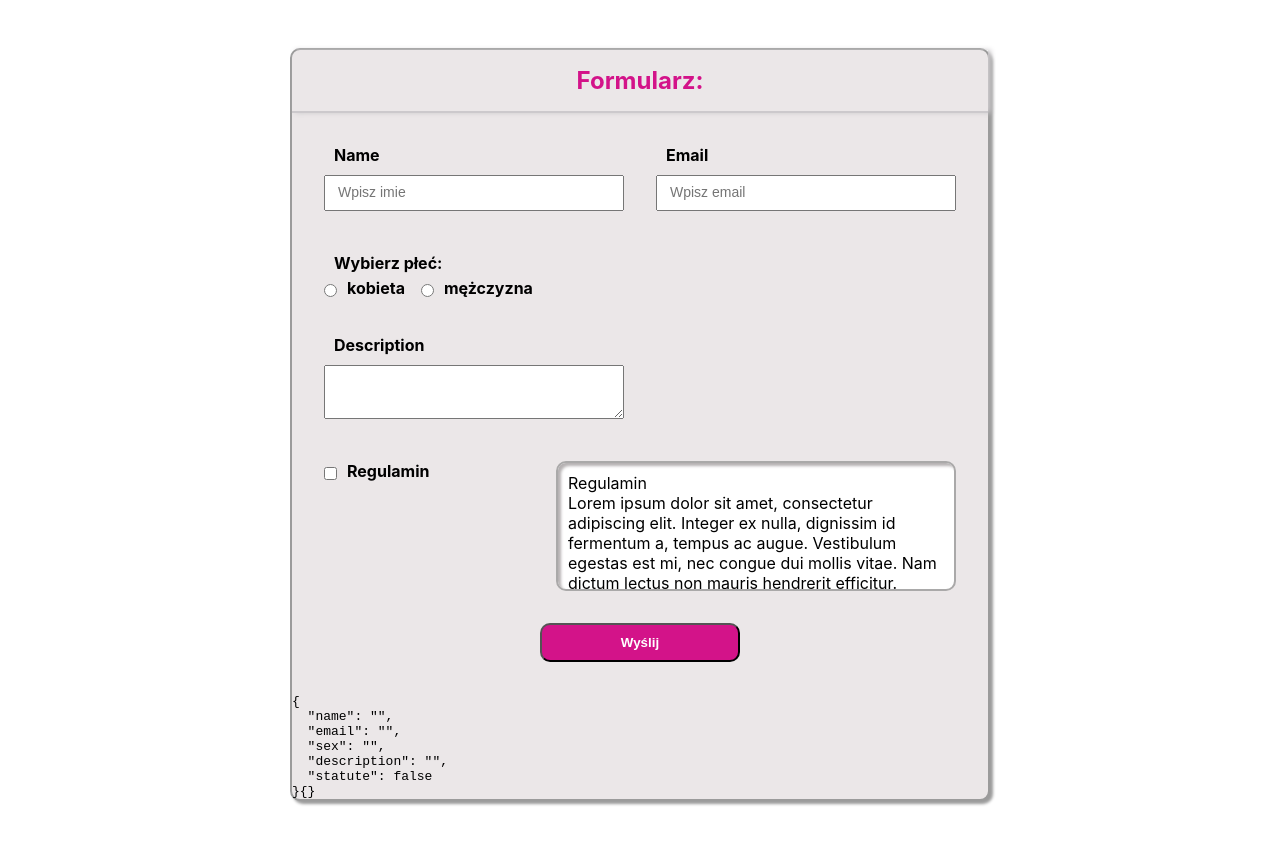
Repository: KrzysKolo/sr_tydzien4_zad3
Page: /
The author's editor kept a copy of each file at every save. The page is drawn from the files as they stood at one save, then again after the next save.
The browser window is 1280 px wide. The pictures show the whole page.
The project was rebuilt for these pictures with package versions that can differ from the ones it lists, and the page was loaded fresh each time. Also part of the build but not shown: src/components/FormComponents/TextError.js.

Above is the page before, as saved 2020-11-19 14:31:05.

### src/App.js
import React from 'react';
import './App.css';
import FormikContainer from './components/Formik/FormikContainer';
import Header from './components/Header';
const App = () => {
  return (
    <main className="App">
      <Header />
      <FormikContainer />
    </main>
   );
}

export default App;

### src/App.css
* {
  margin: 0;
  padding: 0;
  box-sizing: border-box;
}
.App {
  margin: 3rem auto;
  width: 700px;
  background-color: rgb(235, 231, 232);
  border: 2px solid rgb(155, 155, 155);
  border-radius: 10px;
  box-shadow: 3px 3px 3px rgb(155, 155, 155);
}
.section {
  display: flex;
  flex-direction: row;
  margin: 2rem 2rem;
  justify-content: space-between;
}
label {
  font-weight: bold;
  display: flex;
  margin-bottom: 5px;
  margin-left: 10px;
}
input[type="text"],
input[type="email"],
textarea {
  display: block;
  width: 300px;
  padding: 6px 12px;
  font-size: 14px;
  line-height: 1.4285;
  color: #555;
  margin: 10px 0;
}
.error {
  color: red;
}
.row {
  display: flex;
  flex-direction: row;
  align-items: center;
  margin-right: 1rem;
}
.statute {
  border: 2px solid rgb(170, 169, 169);
  border-radius: 10px;
  box-shadow: inset 3px 3px 3px rgb(181, 177, 178);
  background: #ffffff;
  height: 130px;
  width: 400px;
  padding: 10px;
  overflow: auto;
}
.btn-send {
  background-color: rgba(211, 19, 137, 1);
  border-radius: 10px;
  color: white;
  cursor: pointer;
  font-weight: bold;
  margin: 0 auto;
  padding: 10px;
  width: 200px;
  transition: all 0.3s ease-in-out;
}
.btn-send:hover {
  background-color: rgba(211, 19, 137, 0.5);
}
.header {
  color: rgba(211, 19, 137, 1);
  margin: 0 auto;
  text-align: center;
  font-weight: bold;
  border-bottom: 2px solid rgb(204, 201, 204);
  padding: 1rem;
  box-shadow: 3px 0 5px rgb(204, 201, 204);
}

### src/components/Formik/FormikContainer.js
import React from 'react';
import { Formik, Form } from 'formik';
import * as yup from 'yup';
import FormikControl from './FormikControl';
import RadioOptions from './../../data/RadioOptions';

const FormikContainer = () => {
    const initialValues = {
        name: '',
        email: '',
        sex: '',
        description: '',
        statute: false,
    }

    const validationSchema = yup.object({
        name: yup.string().required("Imię jest obowiązkowe!").min(2,"Twóje imię musi mieć więcej niż 2 znaki!").max(30,'Twoje imię może mieć maxymalnie 30 znaków!'),
        email: yup.string().required("Email jest wymagany!").email("Adres zawiera błędy"),
        sex: yup.string().required('Zaznacz jedną wartość!'),
        description: yup.string().required('Wpisz kilka słów!').min(2, "Wpisz co najmniej 2 znaki").max(100, "Możesz wpisać max. 250 znaków"),
        statute: yup.boolean().required().oneOf([true], 'Musisz zaznaczyć regulamin!'),
    });

    const onSubmit = values => {console.log('Form data: ', values)};
    return (
        <Formik
            initialValues={initialValues}
            validationSchema={validationSchema}
            onSubmit={onSubmit}
        >
            { ({formik, values, errors}) => (
                <Form className="form-wrapper">
                    <section className="section">
                        <FormikControl control='input' type='text' label='Name' name='name' placeholder="Wpisz imie"/>
                        <FormikControl control='input' type='email' label='Email' name='email' placeholder="Wpisz email"/>
                    </section>
                    <section className="section">
                        <FormikControl control='radio' label='Wybierz płeć: ' name='sex' options={RadioOptions}/>
                    </section>
                    <section className="section">
                        <FormikControl control='textarea' label='Description' name='description'/>
                    </section>
                    <section className="section">
                        <FormikControl control='checkbox' label='Regulamin' name='statute'/>
                        <div className="statute">
                            Regulamin<br/>
                            <p>Lorem ipsum dolor sit amet, consectetur adipiscing elit. Integer ex nulla, dignissim id fermentum a, tempus ac augue. Vestibulum egestas est mi, nec congue dui mollis vitae. Nam dictum lectus non mauris hendrerit efficitur. Donec imperdiet nec nibh et interdum. Fusce ornare consequat sapien. Pellentesque rhoncus tempor vulputate. Aliquam eu diam laoreet, tincidunt nulla ut, dignissim turpis. Aliquam est ante, luctus sed felis et, iaculis sollicitudin tellus. Cras congue tincidunt viverra. Sed vestibulum faucibus lacus, eu dictum lorem porta id. Praesent a placerat ligula. Vestibulum faucibus ornare erat, id elementum est vehicula eu. Nunc pulvinar dolor lacus. Vestibulum dapibus efficitur orci, ac rhoncus augue auctor ut.</p>
                        </div>
                    </section>
                    <section className="section">
                         <button className="btn-send" type="submit">Wyślij</button>
                    </section>
                    <pre>
                        {JSON.stringify(values, null, 2)}
                        {JSON.stringify(errors, null, 2)}

                    </pre>

                </Form>
            )

            }

        </Formik>
    )
}
export default FormikContainer;

### src/components/Header.js
import React from 'react';
const Header = () => {
    return (
        <section className="header">
            <h2>Formularz: </h2>
        </section>
     );
}

export default Header;

### src/components/Formik/FormikControl.js
import { Input, Radio, Checkbox, TextArea } from './../FormComponents/';


const FormikControl = (props) => {
    const { control, ...rest } = props;
    switch(control) {
        case 'input': return <Input {...rest} />
        case 'radio': return <Radio {...rest} />
        case 'textarea': return <TextArea {...rest} />
        case 'checkbox': return <Checkbox {...rest} />
        default: return null
    }
}

export default FormikControl;

### src/data/RadioOptions.js
const RadioOptions=[
    { id: 0, value: "kobieta", label: 'kobieta' },
    { id: 1, value: "mężczyzna", label: 'mężczyzna' },
   ];
export default RadioOptions;

### src/components/FormComponents/index.js
export { default as Input } from "./Input";
export { default as Radio } from "./Radio";
export { default as Checkbox } from "./Checkbox";
export { default as TextArea } from "./TextArea";

### src/components/FormComponents/Input.js
import React from 'react';
import{ Field, ErrorMessage } from 'formik';
import TextError from './TextError';

const Input = (props) => {
    const { label, name, ...rest } = props;
    return (
        <div className="form-control">
             <label htmlFor={name}>{label}</label>
            <Field id={name} name={name} {...rest} />
            <ErrorMessage name={name} component={TextError} />
        </div>
     );
}

export default Input;

### src/components/FormComponents/Radio.js
import React from 'react';
import{ Field, ErrorMessage } from 'formik';
import TextError from './TextError';

const Radio = (props) => {
    const { label, name, options, ...rest } = props;
    return (
        <div className="form-control">
            <label htmlFor={name}>{label}</label>
            <div className="row">
                <Field name={name} {...rest}>
                    {
                    ({ field }) => {
                        return options.map(option => {
                            return (
                                <div className="row" key={option.id} >
                                    <input type='radio' id={option.id} {...field} value={option.value} checked={field.value === option.value}/>
                                    <label htmlFor={option.id}>{option.label}</label>
                                </div>
                            )
                        })
                    }
                    }
                </Field>
            </div>
            <ErrorMessage name={name} component={TextError} />
        </div>
     );
}

export default Radio;

### src/components/FormComponents/Checkbox.js
import React from 'react';
import{ Field, ErrorMessage } from 'formik';
import TextError from './TextError';

const Checkbox = (props) => {
    const { label, name, ...rest } = props;
    return (
        <div className="form-control">
            <div className="row">
                <Field type='checkbox' id={name} name="statute" {...rest}/>
                <label htmlFor={name}>{label}</label>
            </div>
            <ErrorMessage name={name} component={TextError} />
        </div>
     );
}

export default Checkbox;

### src/components/FormComponents/TextArea.js
import React from 'react';
import{ Field, ErrorMessage } from 'formik';
import TextError from './TextError';

const TextArea = (props) => {
    const { label, name, ...rest } = props;
    return (
        <div className="form-control">
            <label htmlFor={name}>{label}</label>
            <Field as ='textarea' id={name} name={name} {...rest} />
            <ErrorMessage name={name} component={TextError} />
        </div>
     );
}

export default TextArea;

Loaded but not shown: public/index.html (common file); src/index.js (common file); src/index.css (common file)

After the next save:
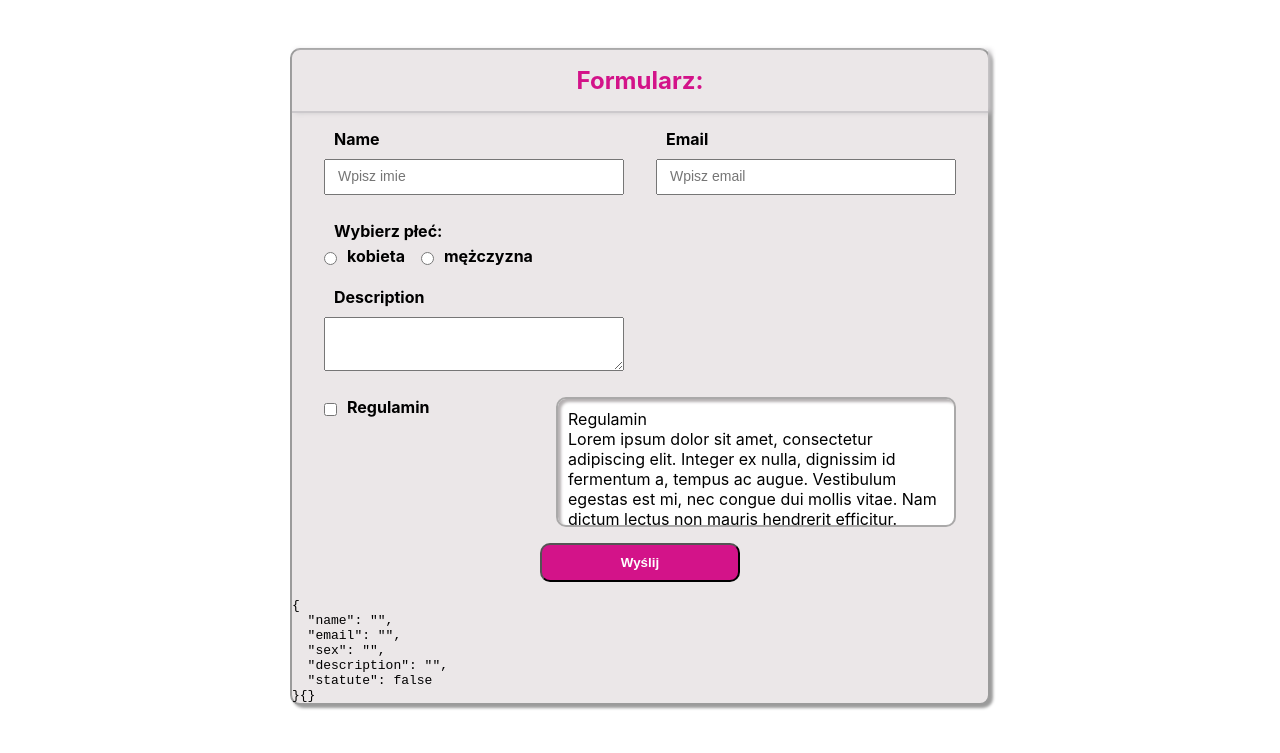
Saved 4 min 28 s later.
--- a/src/App.css
+++ b/src/App.css
@@ -14,7 +14,7 @@
 .section {
   display: flex;
   flex-direction: row;
-  margin: 2rem 2rem;
+  margin: 1rem 2rem;
   justify-content: space-between;
 }
 label {
